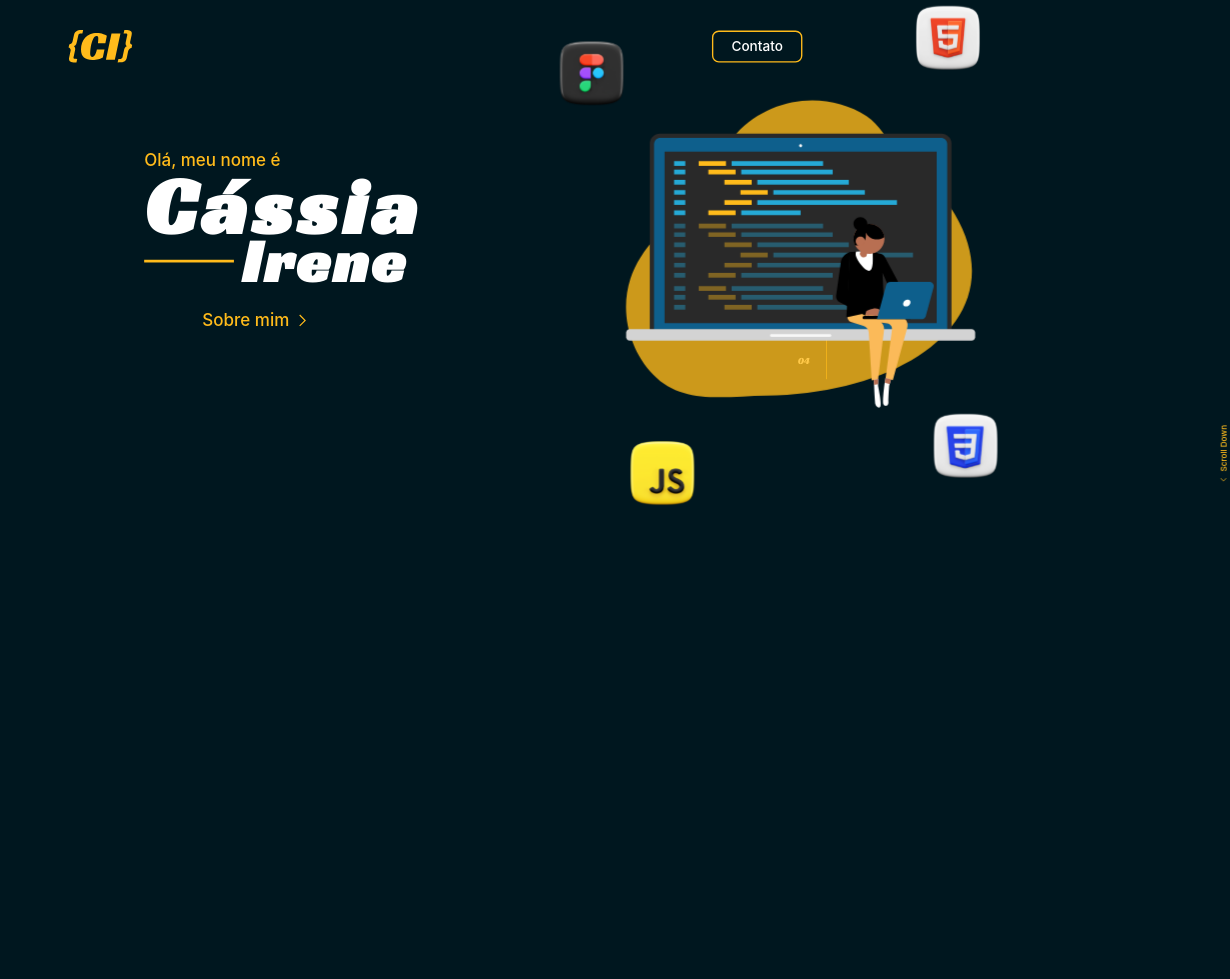
Repository: Cassia-Irene/My-Portfolio
Page: /
The author's editor kept a copy of each file at every save. The page is drawn from the files as they stood at one save, then again after the next save.
The browser window is 1280 px wide. The page is 1809 px wide, so the pictures cover 1809 px, including what lies to the right of the window. The pictures show the whole page, at 68% of full size.
The project was rebuilt for these pictures with package versions that can differ from the ones it lists, and the page was loaded fresh each time. Also part of the build but not shown: vite.config.ts.

Above is the page before, as saved 2025-08-03 22:08:44.

After the next save:
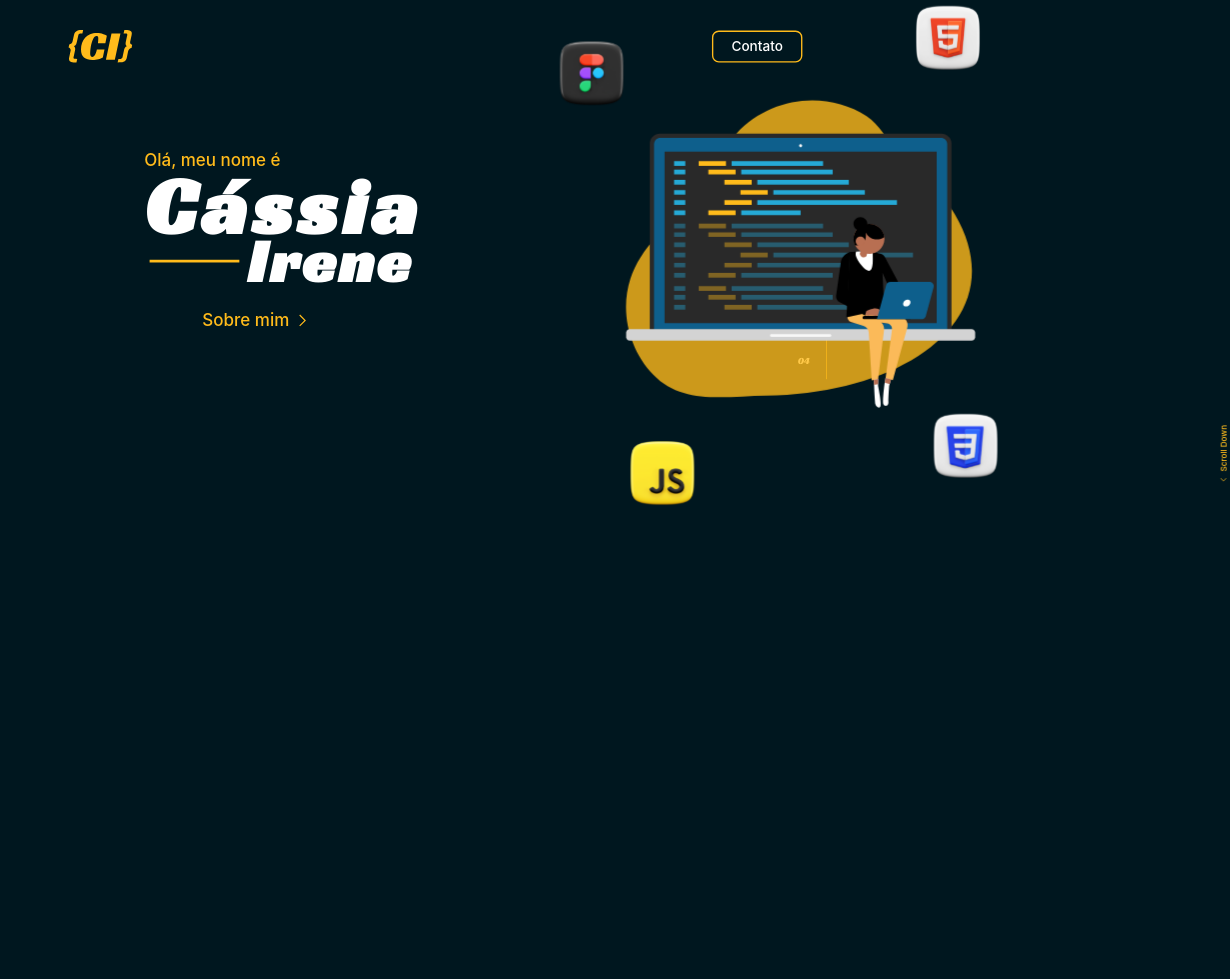
Saved 27 s later.
--- a/src/Hero.tsx
+++ b/src/Hero.tsx
@@ -48,7 +48,7 @@ const IreneWrapper = styled.div`
   gap: 11px;
   margin-top: -51px;
   position: relative;
-  left: 22%;
+  left: 24%;
 `;
 
 const Rectangle = styled.div`
